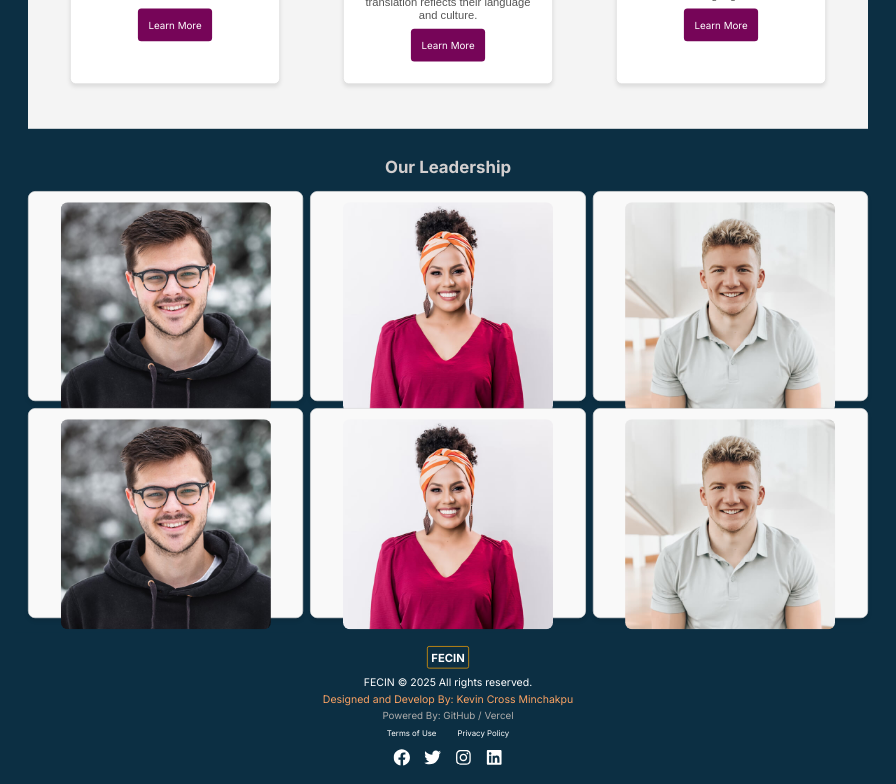
Repository: KCMinchakpu/fecin-projectgs497
Page: /about
An editor plug-in stored every save of this project. The page is shown before and after the next save, followed by the edit.
The browser window is 1280 px wide. The pictures show the part of the page from y = 660 to 2580 px (the page is 1780 px tall before and 2580 px after), at 70% of full size.
The project was rebuilt for these pictures with package versions that can differ from the ones it lists, and the page was loaded fresh each time. The framework's server and built-in components were replaced by stand-ins that run in the browser. Also part of the build but not shown: next.config.mjs.

Above is the page before, as saved 2025-04-02 18:51:31.

After the next save:
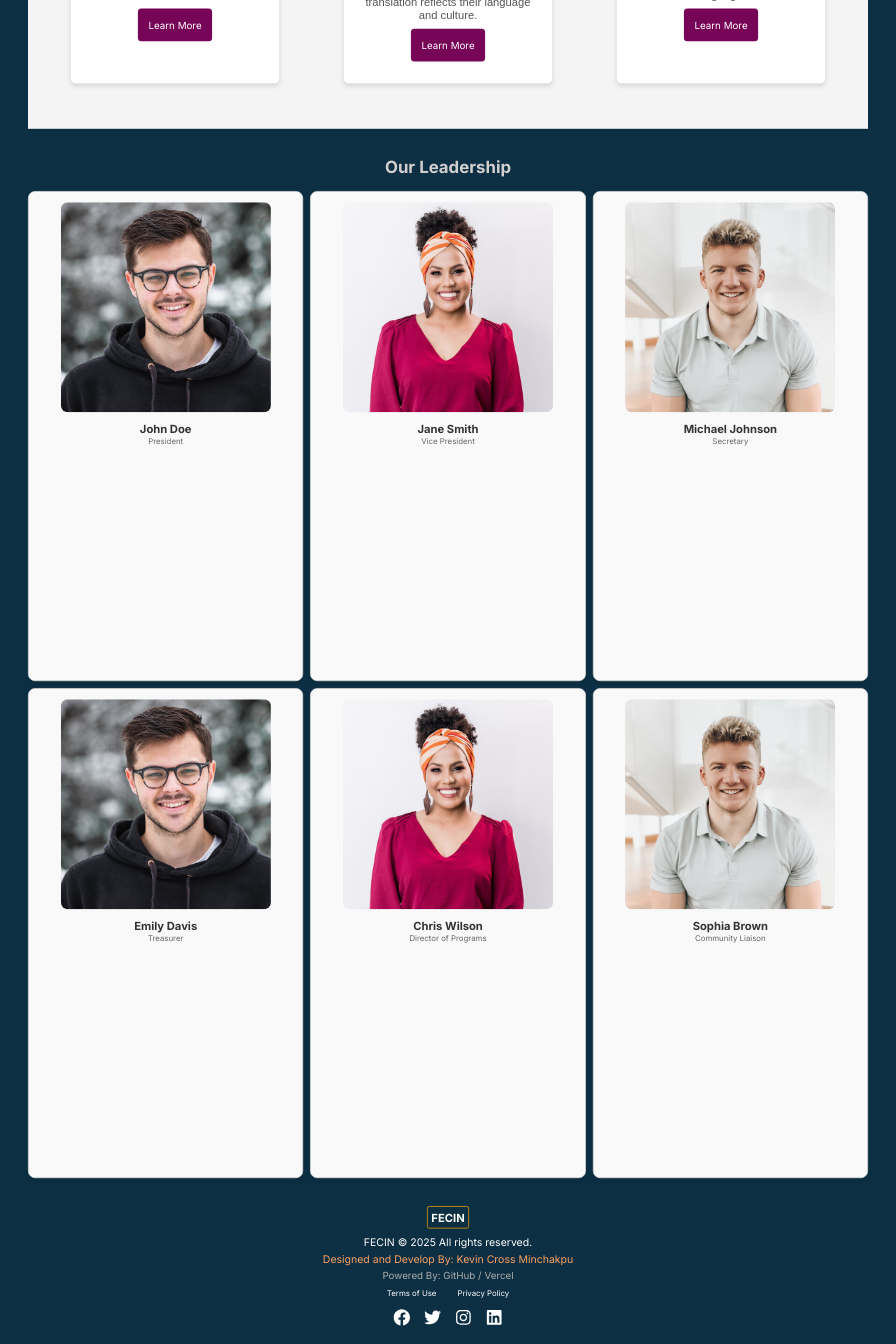
Saved 29 s later.
--- a/src/app/about/about.module.css
+++ b/src/app/about/about.module.css
@@ -149,7 +149,7 @@
 
 .leaderCard {
   width: 100%;
-  height: 300px; /* Adjust height as needed */
+  height: 700px; /* Adjust height as needed */
   background-color: #f9f9f9;
   border: 1px solid #ddd;
   border-radius: 10px;
